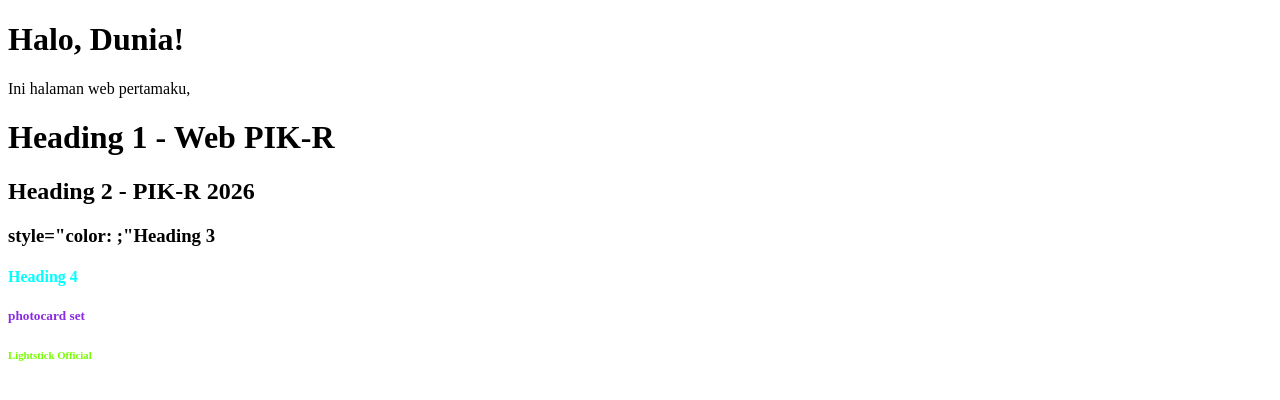
Repository: sekartazivi/241552010020-Web-Application-Development
Page: test.html
The author's editor kept a copy of each file at every save. The page is drawn from the files as they stood at one save, then again after the next save.
The browser window is 1280 px wide. The pictures show the whole page.

Above is the page before, as saved 2026-02-20 08:33:20.

After the next save:
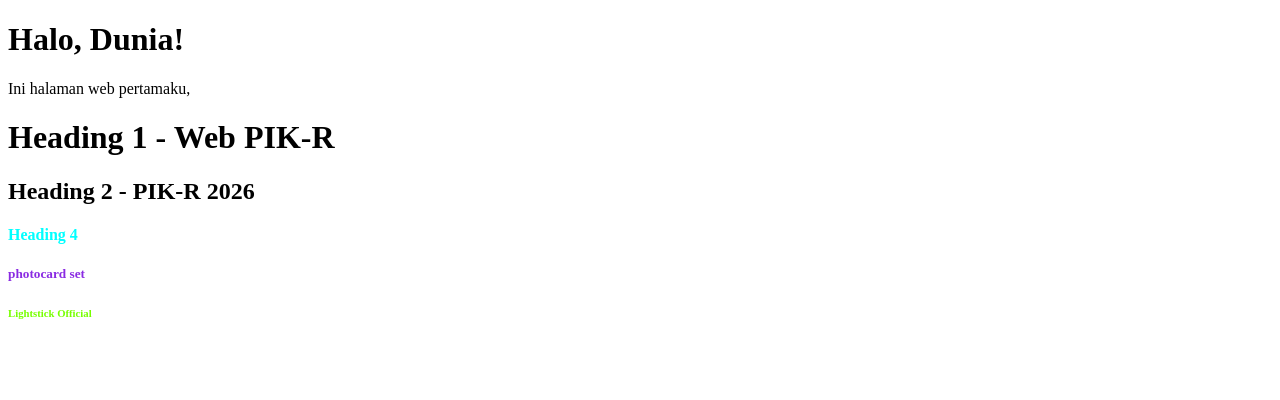
Saved 18 s later.
--- a/test.html
+++ b/test.html
@@ -10,7 +10,7 @@
     <p>Ini halaman web pertamaku,</p>
     <h1>Heading 1 - Web PIK-R</h1>
     <h2>Heading 2 - PIK-R 2026</h2>
-    <h3> style="color: ;"Heading 3</h3>
+    <h3 style="color: ;"Heading 3</h3>
     <h4 style="color: aqua;" >Heading 4</h4>
     <h5 style="color: blueviolet;">photocard set</h5>
     <h6 style="color: rgb(119, 255, 0);">Lightstick Official</h6>
